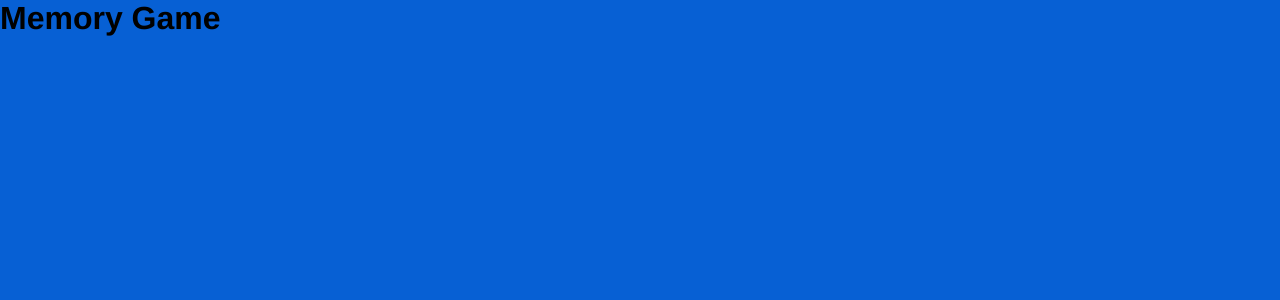
Repository: Ellisvelandia/memory-game
Page: /
An editor plug-in stored every save of this project. The page is shown before and after the next save, followed by the edit.
The browser window is 1280 px wide. The pictures show the whole page.
The project was rebuilt for these pictures with package versions that can differ from the ones it lists, and the page was loaded fresh each time.

Above is the page before, as saved 2022-09-03 21:06:31.

### src/index.css
* {
  margin: 0;
  padding: 0;
}

html , body {
  height: 100%;
}

body {
  font-family: 'Franklin Gothic Medium', 'Arial Narrow', Arial, sans-serif;
  background-color: #0760d4;
  display: flex;
  justify-content: ;
}

### src/App.js

function App() {
  return (
    <div className="App">
     <h1>Memory Game</h1>
     <div className="container"></div>
    </div>
  );
}

export default App;

Loaded but not shown: public/index.html (common file); src/index.js (common file)

After the next save:
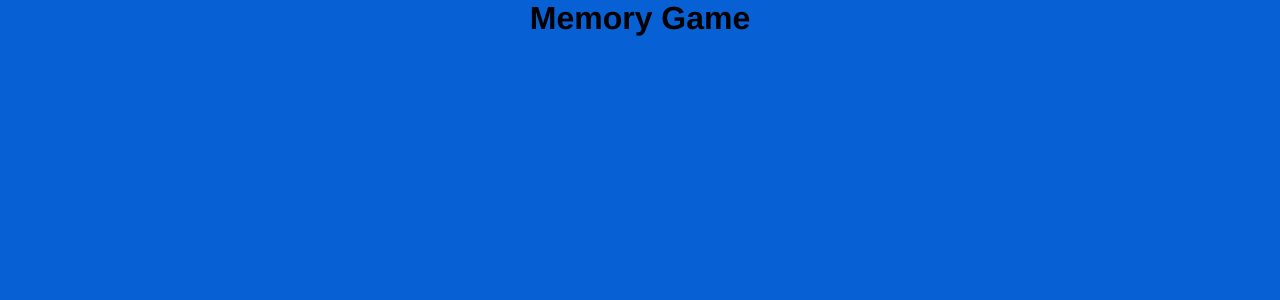
Saved 6 s later.
--- a/src/index.css
+++ b/src/index.css
@@ -11,5 +11,6 @@ body {
   font-family: 'Franklin Gothic Medium', 'Arial Narrow', Arial, sans-serif;
   background-color: #0760d4;
   display: flex;
-  justify-content: ;
+  justify-content: center;
+  alig
 }
